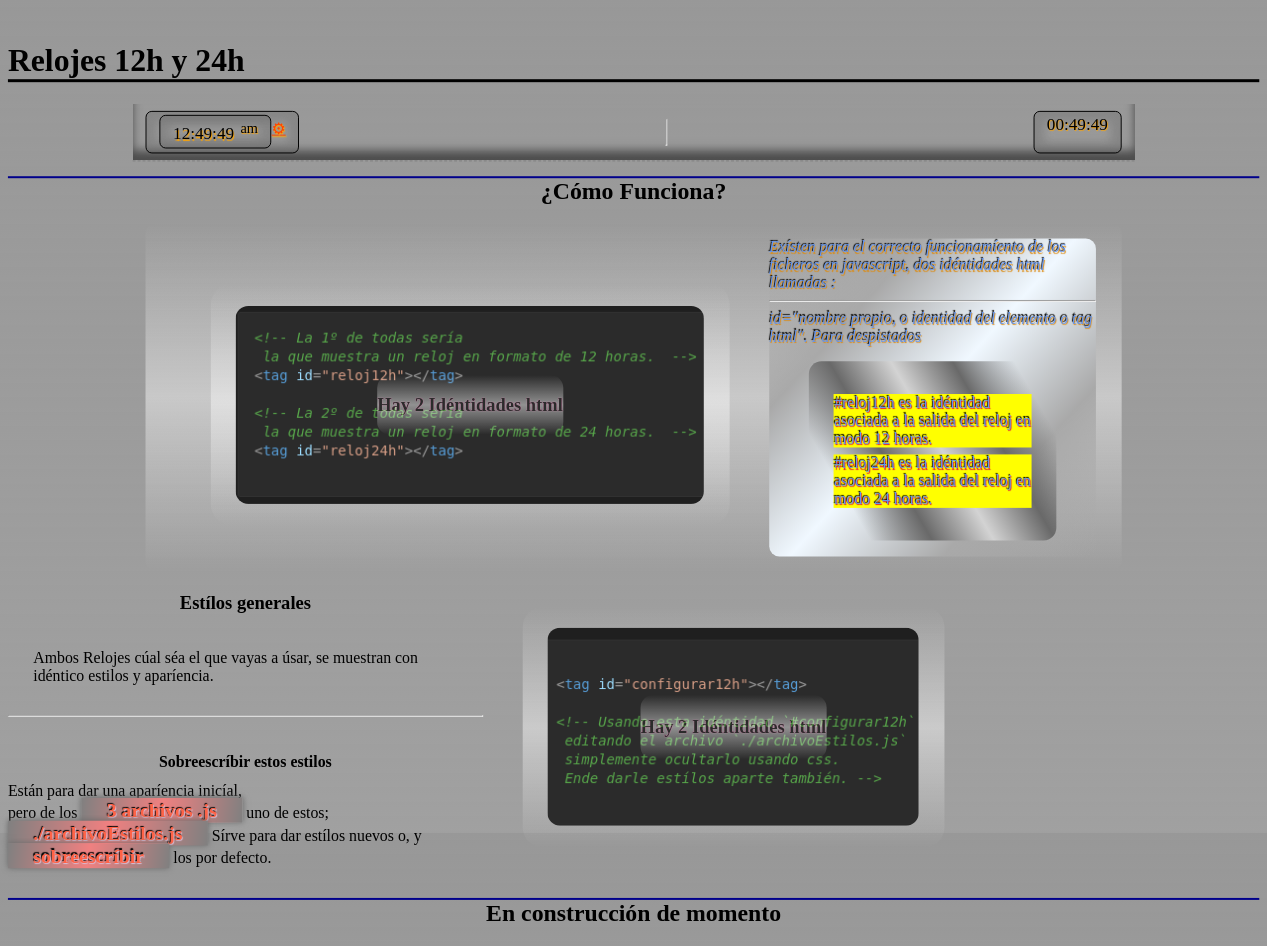
Repository: marcostonfor/clocks
Page: index.html
These files come from the project's save history. The page is drawn as it stood at one moment and after a run of saves; the edit follows.
The browser window is 1280 px wide. The pictures show the whole page, at 99% of full size.

Above is the page before, as saved 2024-09-19 01:29:30.

After the next 4 saves:
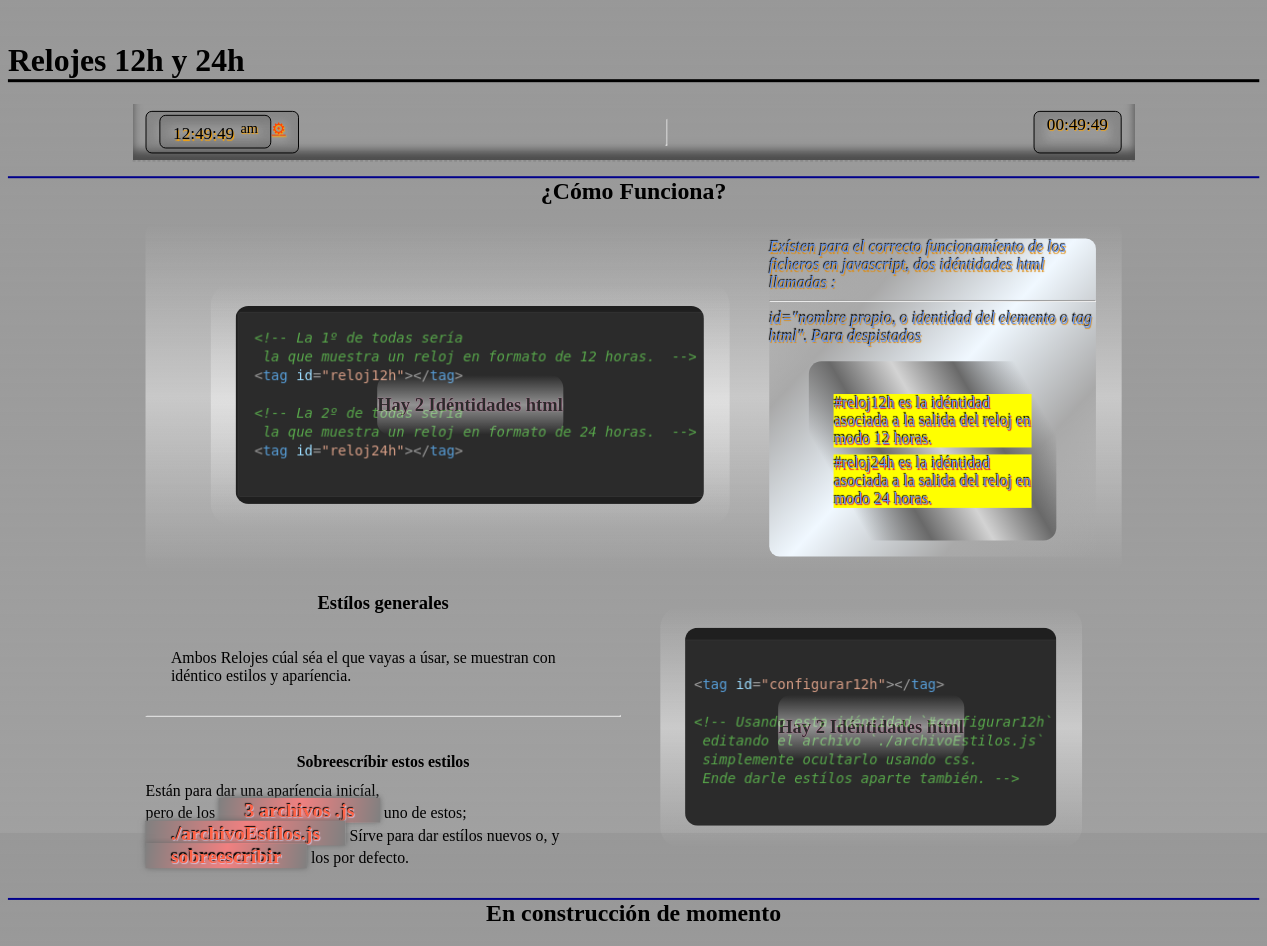
The 4 saves are shown as one change because they came seconds apart.
The last was saved 41 s later.
--- a/index.html
+++ b/index.html
@@ -110,6 +110,7 @@
 
         #estilos_generales {
             width: 78%;
+            margin: auto auto;
             display: flex;
             justify-content: space-around;
             align-items: center;
